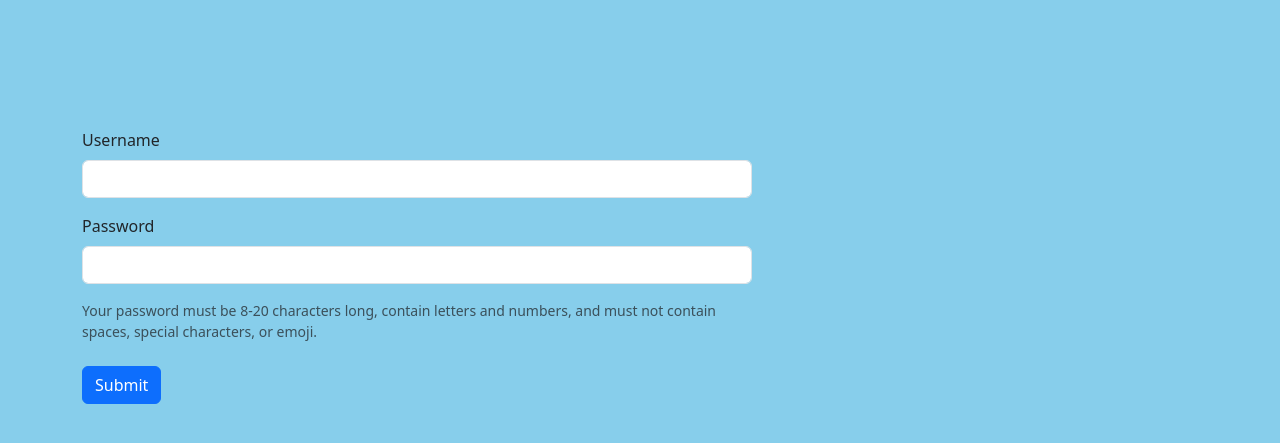
Repository: sarathraj2002/todo-list
Page: login.html
These files come from the project's save history. The page is drawn as it stood at one moment and after the next save; the edit follows.
The browser window is 1280 px wide. The pictures show the whole page.

Above is the page before, as saved 2024-09-05 11:06:10.

After the next save:
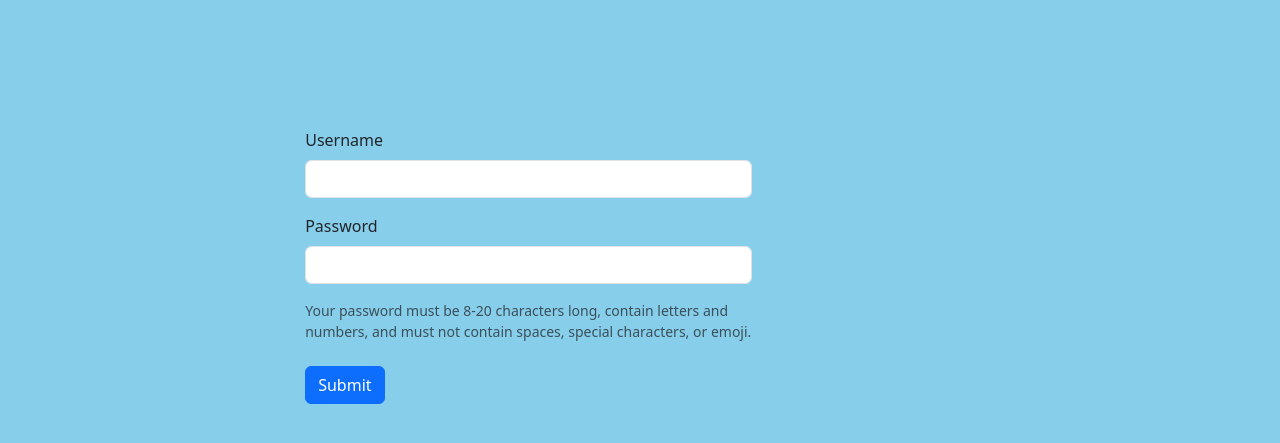
Saved 4 s later.
--- a/style.css
+++ b/style.css
@@ -11,5 +11,5 @@ body{
     height: 100%;
     width: 60%;
     border-color:black;
-    padding-left: 20;
+    padding-left: 20%;
 }
